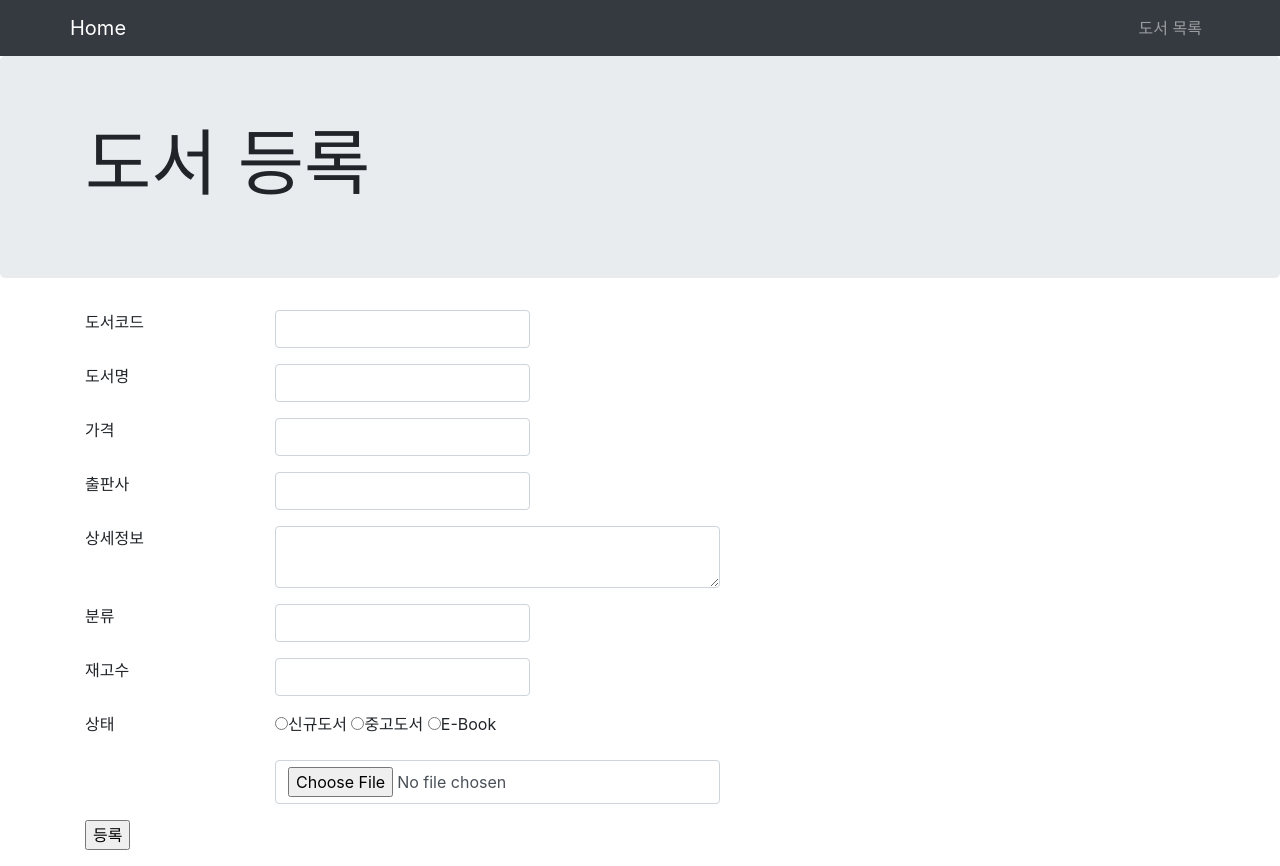
Repository: lhj257/jspwrokspace
Page: http://localhost/BookMarket/addBook.jsp
These files come from the project's save history. The page is drawn as it stood at one moment and after the next save; the edit follows.
The browser window is 1280 px wide. The pictures show the whole page.
The page is served by Tomcat 9. Other server files are loaded and not shown.

Above is the page before, as saved 2023-08-30 01:30:27.

### BookMarket/src/main/webapp/addBook.jsp
<%@ page language="java" contentType="text/html; charset=UTF-8"
    pageEncoding="UTF-8"%>
<!DOCTYPE html>
<html>
<head>
<link rel="stylesheet"
	href="https://cdn.jsdelivr.net/npm/bootstrap@4.0.0/dist/css/bootstrap.min.css"
	integrity="sha384-Gn5384xqQ1aoWXA+058RXPxPg6fy4IWvTNh0E263XmFcJlSAwiGgFAW/dAiS6JXm"
	crossorigin="anonymous">
<meta charset="UTF-8">
<title>도서 등록</title>
</head>
<body>
	<jsp:include page="menu.jsp"/>
	<div class="jumbotron">
		<div class="container">
			<h1 class="display-3">도서 등록</h1>
		</div>
	</div>
	<div class="container">
		<form name="newProduct" action="./processAddProduct.jsp" class="form-horizontal" method="post" enctype="multipart/form-data">
			<div class="form-group row">
				<label class="col-sm-2">도서코드</label>
				<div class="col-sm-3">
					<input type="text" id="bookId" name="bookId" class="form-control">
				</div>
			</div>
			<div class="form-group row">
				<label class="col-sm-2">도서명</label>
				<div class="col-sm-3">
					<input type="text" id="name" name="name" class="form-control">
				</div>
			</div>
			<div class="form-group row">
				<label class="col-sm-2">가격</label>
				<div class="col-sm-3">
					<input type="text" id="unitPrice" name="unitPrice" class="form-control">
				</div>
			</div>
			<div class="form-group row">
				<label class="col-sm-2">출판사</label>
				<div class="col-sm-3">
					<input type="text" name="publisher" class="form-control">
				</div>
			</div>
			<div class="form-group row">
				<label class="col-sm-2">상세정보</label>
				<div class="col-sm-5">
					<textarea name="description" cols="50" rows="2" class="form-control"></textarea>
				</div>
			</div>
			<div class="form-group row">
				<label class="col-sm-2">분류</label>
				<div class="col-sm-3">
					<input type="text" name="category" class="form-control">
				</div>
			</div>
			<div class="form-group row">
				<label class="col-sm-2">재고수</label>
				<div class="col-sm-3">
					<input type="text" id="unitsInStock" name="unitsInStock" class="form-control">
				</div>
			</div>
			<div class="form-group row">
				<label class="col-sm-2">상태</label>
				<div class="col-sm-5">
					<input type="radio" name="condition" value="New">신규도서
					<input type="radio" name="condition" value="Old">중고도서
					<input type="radio" name="condition" value="Refurbished">E-Book
				</div>
			</div>
			<div class="form-group row">
				<label class="col-sm-2"></label>
				<div class="col-sm-5">
					<input type="file" name="productImage" class="form-control">
				</div>
			</div>
			<div class="form-group row">
				<div class="col-sm-offset-2 col-sm-10">
					<input type="button" name="btn btn-primary" value="등록" onclick="CheckAddProduct()">
				</div>
			</div>
		</form>
	</div>
</body>
</html>

### BookMarket/src/main/webapp/menu.jsp
<%@ page language="java" contentType="text/html; charset=UTF-8"
   pageEncoding="UTF-8" %>
	<nav class="navbar navbar-expand navbar-dark bg-dark">
		<div class="container">
			<div class="navbar-header">
				<a class="navbar-brand" href="./welcome.jsp">Home</a>
			</div>
			<div>
			<ul class="navbar-nav mr-auto">
				<li class="nav-item"><a class="nav-link" href="./books.jsp">도서 목록</a></li>
			</ul>
		</div>
		</div>
	</nav>

After the next save:
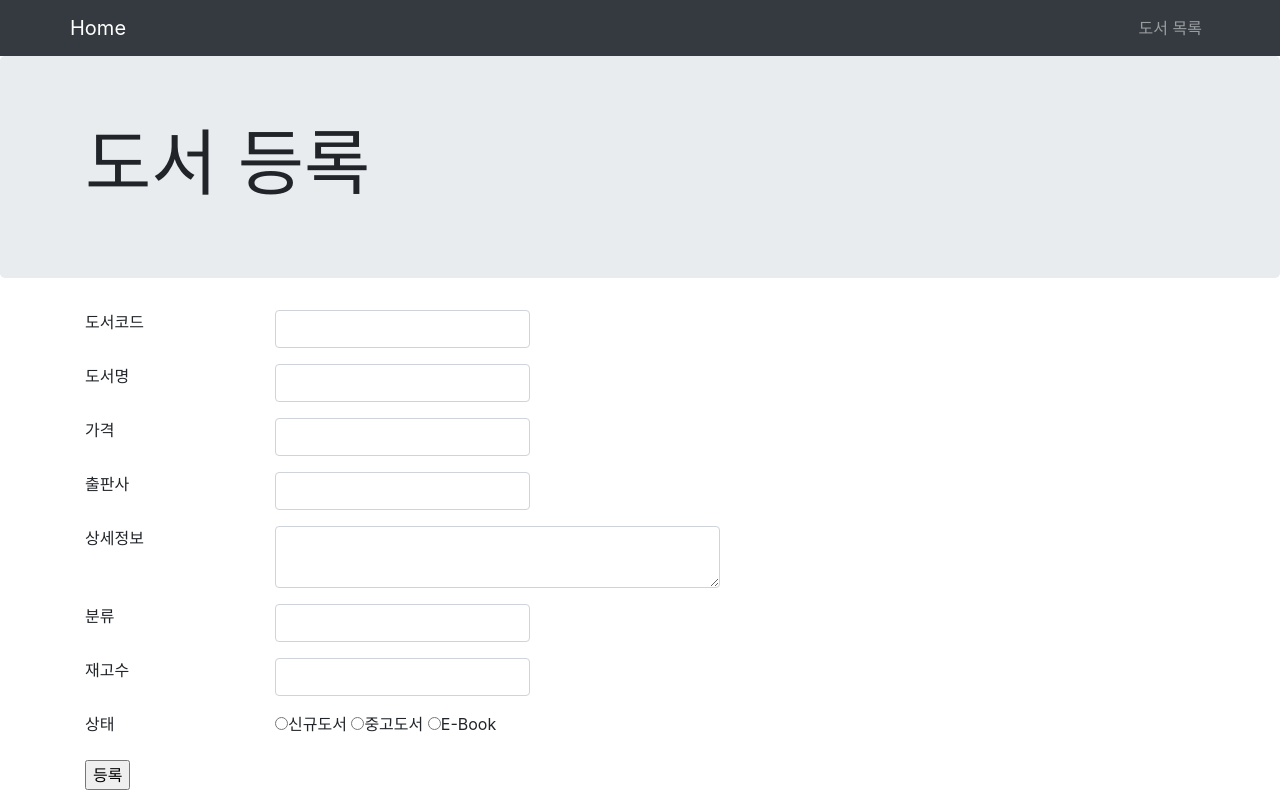
Saved 16 s later.
--- a/BookMarket/src/main/webapp/addBook.jsp
+++ b/BookMarket/src/main/webapp/addBook.jsp
@@ -69,12 +69,12 @@
 					<input type="radio" name="condition" value="Refurbished">E-Book
 				</div>
 			</div>
-			<div class="form-group row">
+			<!-- <div class="form-group row">
 				<label class="col-sm-2"></label>
 				<div class="col-sm-5">
 					<input type="file" name="productImage" class="form-control">
 				</div>
-			</div>
+			</div> -->
 			<div class="form-group row">
 				<div class="col-sm-offset-2 col-sm-10">
 					<input type="button" name="btn btn-primary" value="등록" onclick="CheckAddProduct()">
